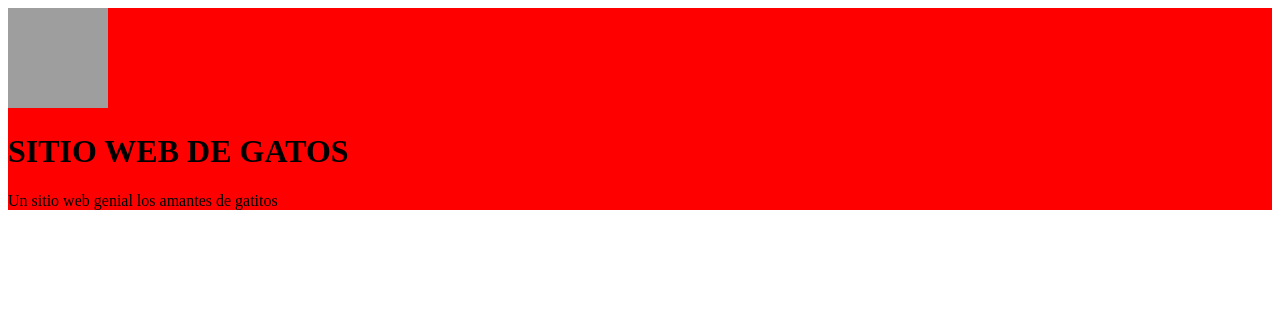
Repository: gadiazsaavedra/Unidad_2
Page: pruebaHTML.html
An editor plug-in stored every save of this project. The page is shown before and after a run of saves, followed by the edit.
The browser window is 1280 px wide. The pictures show the whole page.
Pictures or frames that could not be fetched are drawn as grey boxes.

Above is the page before, as saved 2023-08-08 11:04:23.

After the next 2 saves:
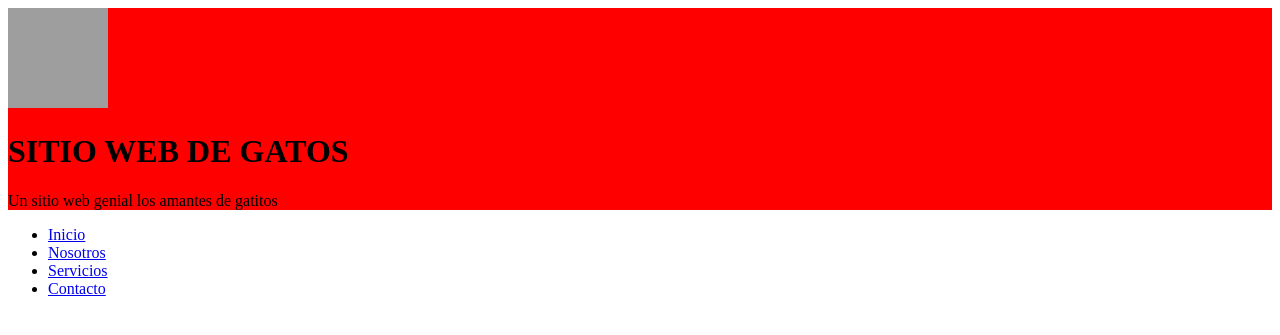
The 2 saves are shown as one change because they came seconds apart.
The last was saved 78 s later.
--- a/pruebaHTML.html
+++ b/pruebaHTML.html
@@ -9,5 +9,13 @@
       <h1>SITIO WEB DE GATOS</h1>
         <p>Un sitio web genial los amantes de gatitos</p>
     </header>
+    <nav>
+        <ul>
+          <li><a href="url">Inicio</a></li>
+          <li><a href="url">Nosotros</a></li>
+          <li><a href="url">Servicios</a></li>
+          <li><a href="url">Contacto</a></li>
+        </ul>
+      </nav>
   </body>
 </html>
